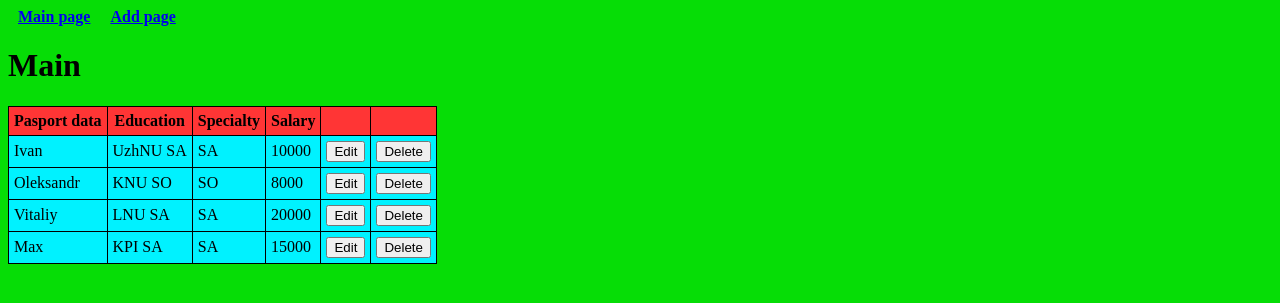
Repository: Alan-Melnychenko/vue
Page: / (app in Project/)
An editor plug-in stored every save of this project. The page is shown before and after the next save, followed by the edit.
The browser window is 1280 px wide. The pictures show the whole page.
The project was rebuilt for these pictures with package versions that can differ from the ones it lists, and the page was loaded fresh each time. Also part of the build but not shown: Project/vue.config.js, Project/src/pages/Add/index.vue, Project/src/pages/Edit/index.vue.

Above is the page before, as saved 2022-11-08 23:31:10.

After the next save:
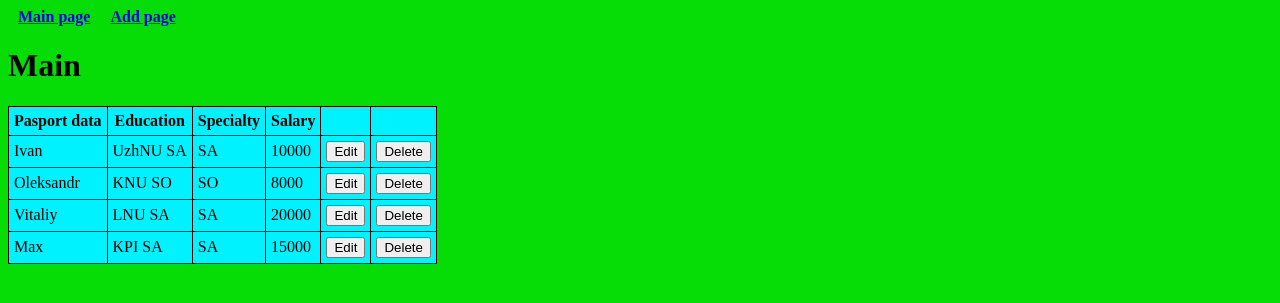
Saved 40 s later.
--- a/Project/src/App.vue
+++ b/Project/src/App.vue
@@ -32,7 +32,7 @@ table {
   padding: 2px;
 }
 th {
-  background-color: rgb(255, 53, 53);
+  background-color:  rgb(0, 203, 214));
   border: 1px solid black;
   padding: 5px;
 }
